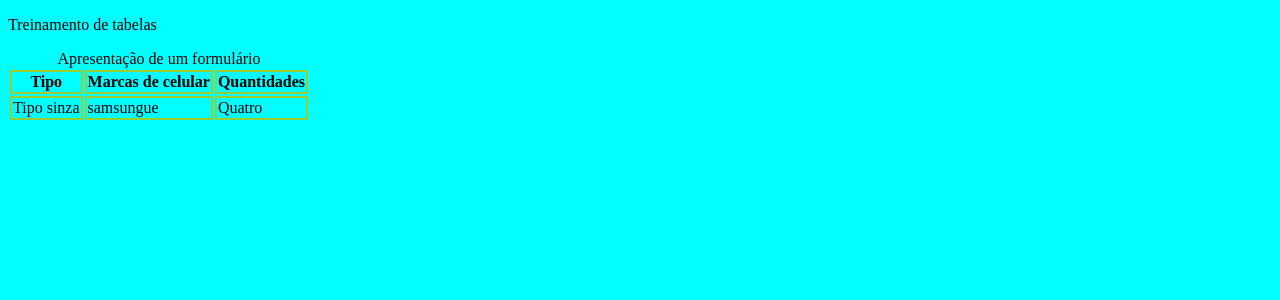
Repository: Vilmar-Freire/ESTUDOS-01-vilmar
Page: workspaces/SO-FIXAÇÃO-HTML/tabela.html
An editor plug-in stored every save of this project. The page is shown before and after a run of saves, followed by the edit.
The browser window is 1280 px wide. The pictures show the whole page.

Above is the page before, as saved 2026-08-17 13:26:38.

### workspaces/SO-FIXAÇÃO-HTML/tabela.html
<!DOCTYPE html>
<html lang="pt-BR">
<head>
    <meta charset="UTF-8">
    <meta name="language" content="pt-BR">
    <meta name="keywords" content="Programacao, html, css, JavaScript">
    <meta name="author" content="Vilmar Freire">
    <meta name="description" content="Tabelas">
    <link rel="stylesheet" href="./tabela.css">
    <meta name="viewport" content="width=device-width, initial-scale=1.0">
    <title>Tabelas</title>
</head>
<body>
    <p>Treinamento de tabelas</p>
    <table>
        <caption>Apresentação de um formulário</caption>
        <thead>
            <th>Tipo</th>
            <th>Marcas de celular</th>
            <th>Quantidades</th>
        </thead>

        <tbody>
            <tr>
                <td>Tipo sinza</td>
                <td>samsungue</td>
                <td>Quatro</td>
            </tr>
        </tbody>
    </table>
</body>
</html>

### workspaces/SO-FIXAÇÃO-HTML/tabela.css
body{
    background-color: aqua;
}

table th, table td{
    border: 2px solid yellowgreen;
}

After the next 4 saves:
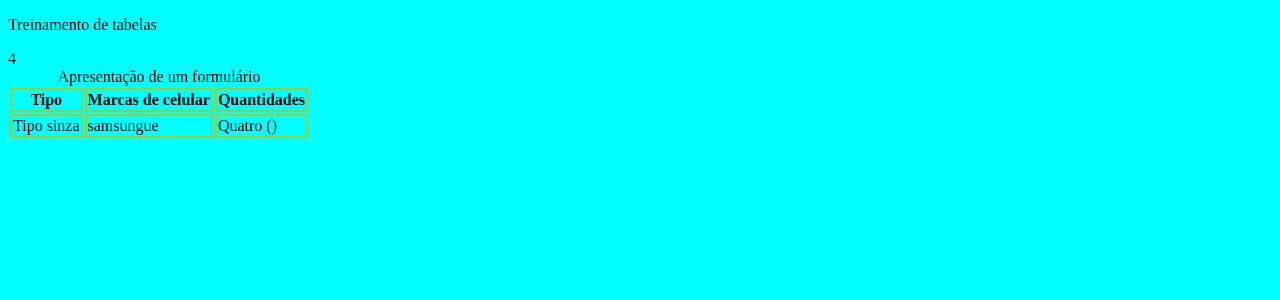
The 4 saves are shown as one change because they came seconds apart.
The last was saved 16 s later.
--- a/workspaces/SO-FIXAÇÃO-HTML/tabela.html
+++ b/workspaces/SO-FIXAÇÃO-HTML/tabela.html
@@ -24,8 +24,8 @@
             <tr>
                 <td>Tipo sinza</td>
                 <td>samsungue</td>
-                <td>Quatro</td>
-            </tr>
+                <td>Quatro ()</td>
+            </tr>4
         </tbody>
     </table>
 </body>

After the 2 saves that followed:
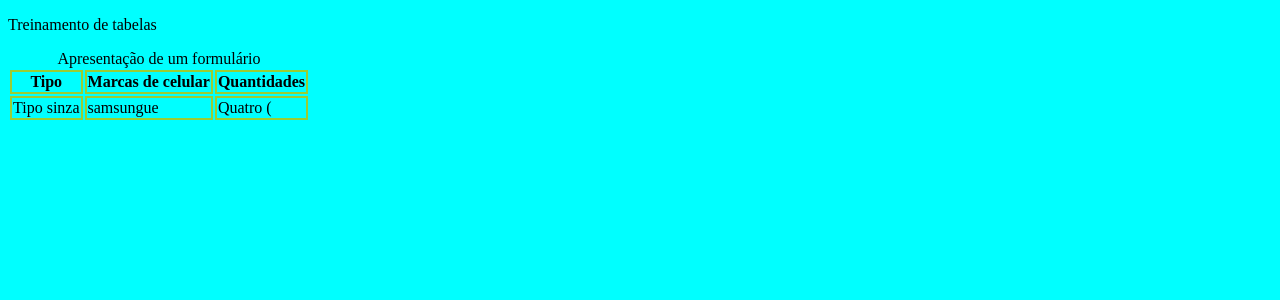
The 2 saves are shown as one change because they came seconds apart.
The last was saved 7 s later.
--- a/workspaces/SO-FIXAÇÃO-HTML/tabela.html
+++ b/workspaces/SO-FIXAÇÃO-HTML/tabela.html
@@ -24,8 +24,8 @@
             <tr>
                 <td>Tipo sinza</td>
                 <td>samsungue</td>
-                <td>Quatro ()</td>
-            </tr>4
+                <td>Quatro (</td>
+            </tr>
         </tbody>
     </table>
 </body>
